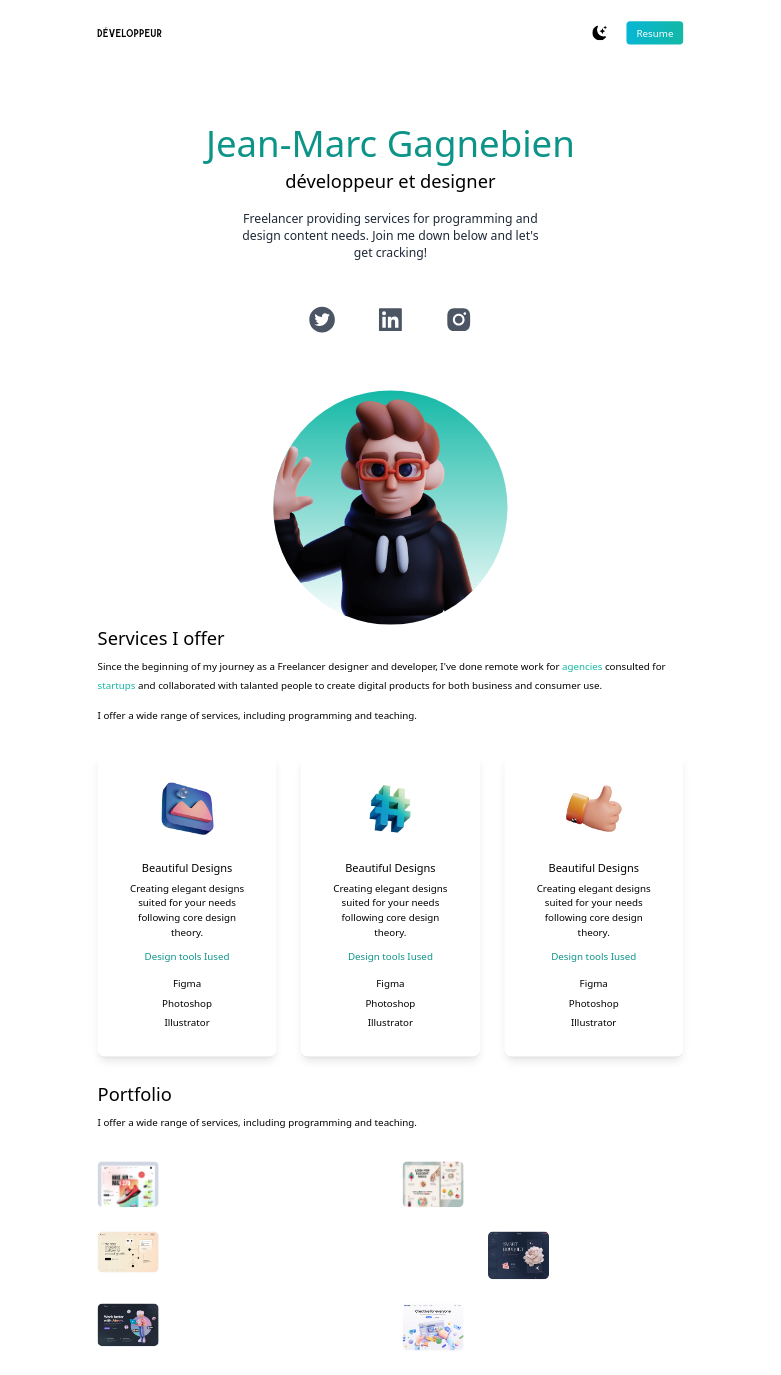
Repository: Jean-MarcG/portfoli_next
Page: /
The author's editor kept a copy of each file at every save. The page is drawn from the files as they stood at one save, then again after the next save.
The browser window is 1280 px wide. The pictures show the whole page, at 61% of full size.
The project was rebuilt for these pictures with package versions that can differ from the ones it lists, and the page was loaded fresh each time. The framework's server and built-in components were replaced by stand-ins that run in the browser. Also part of the build but not shown: next.config.js.

Above is the page before, as saved 2023-04-03 11:41:01.

After the next save:
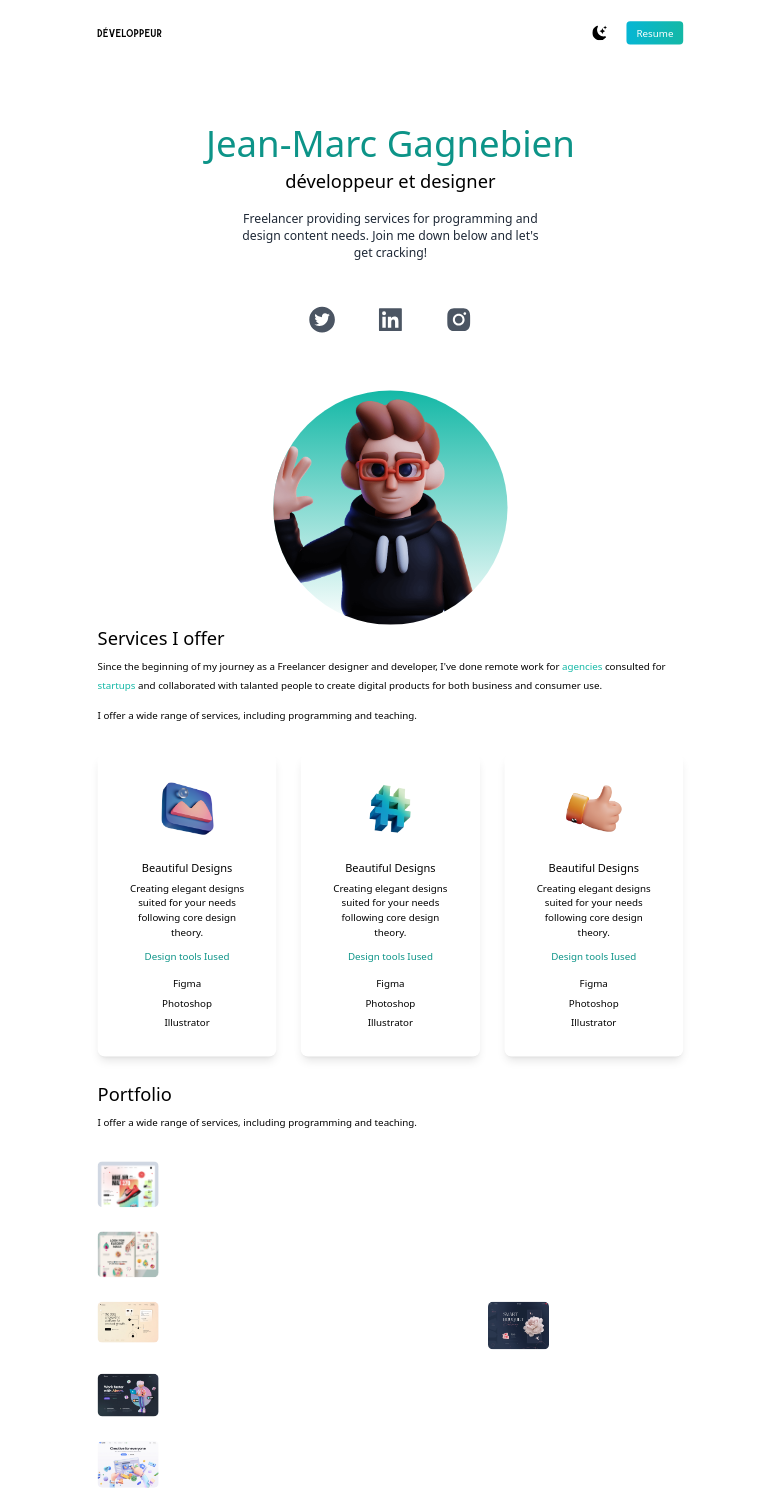
Saved 14 s later.
--- a/pages/index.js
+++ b/pages/index.js
@@ -110,22 +110,22 @@
               </p>
           </div>
           <div className='flex flex-col gap-10 py-10 lg:flex-row lg:flex-wrap'>
-            <div className='basis-1/3 flex-1'>
+            <div className='basis-1/2 flex-1'>
               <Image src={web1} alt='' className='rounded-lg object-cover' width={100} height={100} />
             </div>
-            <div className='basis-1/3 flex-1'>
+            <div className='basis-1/2 flex-1'>
               <Image src={web2} alt='' className='rounded-lg object-cover' width={100} height={100} />
             </div>
-            <div className='basis-1/3 flex-1'>
+            <div className='basis-1/2 flex-1'>
               <Image src={web3} alt='' className='rounded-lg object-cover' width={100} height={100} />
             </div>
             <div className='basis-1/3'>
               <Image src={web4} alt='' className='rounded-lg object-cover' width={100} height={100} />
             </div>
-            <div className='basis-1/3 flex-1'>
+            <div className='basis-1/2 flex-1'>
               <Image src={web5} alt='' className='rounded-lg object-cover' width={100} height={100} />
             </div>
-            <div className='basis-1/3 flex-1'>
+            <div className='basis-1/2 flex-1'>
               <Image src={web6} alt='' className='rounded-lg object-cover' width={100} height={100} />
             </div>
           </div>

After the save that followed:
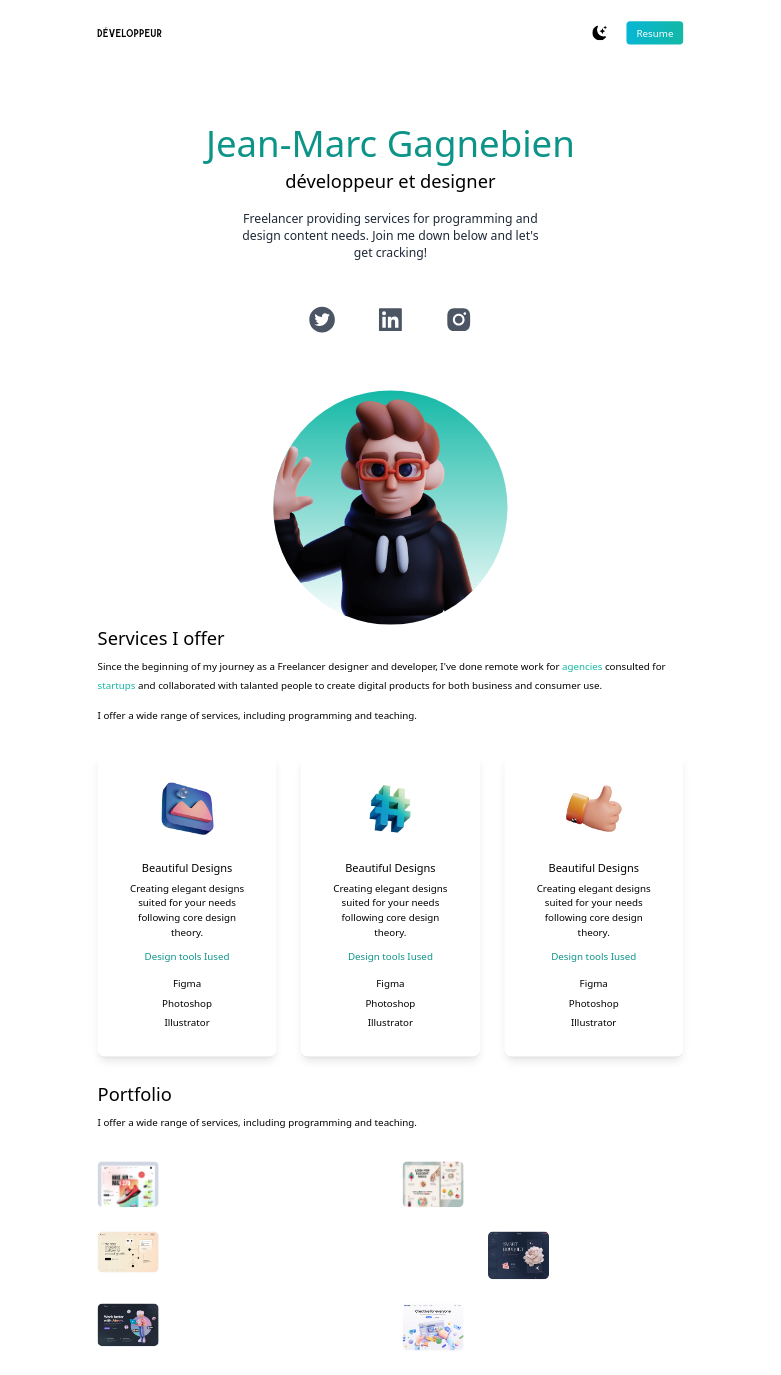
Saved 3 min 44 s later.
--- a/pages/index.js
+++ b/pages/index.js
@@ -110,22 +110,22 @@
               </p>
           </div>
           <div className='flex flex-col gap-10 py-10 lg:flex-row lg:flex-wrap'>
-            <div className='basis-1/2 flex-1'>
+            <div className='basis-1/3 flex-1'>
               <Image src={web1} alt='' className='rounded-lg object-cover' width={100} height={100} />
             </div>
-            <div className='basis-1/2 flex-1'>
+            <div className='basis-1/3 flex-1'>
               <Image src={web2} alt='' className='rounded-lg object-cover' width={100} height={100} />
             </div>
-            <div className='basis-1/2 flex-1'>
+            <div className='basis-1/3 flex-1'>
               <Image src={web3} alt='' className='rounded-lg object-cover' width={100} height={100} />
             </div>
             <div className='basis-1/3'>
               <Image src={web4} alt='' className='rounded-lg object-cover' width={100} height={100} />
             </div>
-            <div className='basis-1/2 flex-1'>
+            <div className='basis-1/3 flex-1'>
               <Image src={web5} alt='' className='rounded-lg object-cover' width={100} height={100} />
             </div>
-            <div className='basis-1/2 flex-1'>
+            <div className='basis-1/3 flex-1'>
               <Image src={web6} alt='' className='rounded-lg object-cover' width={100} height={100} />
             </div>
           </div>
